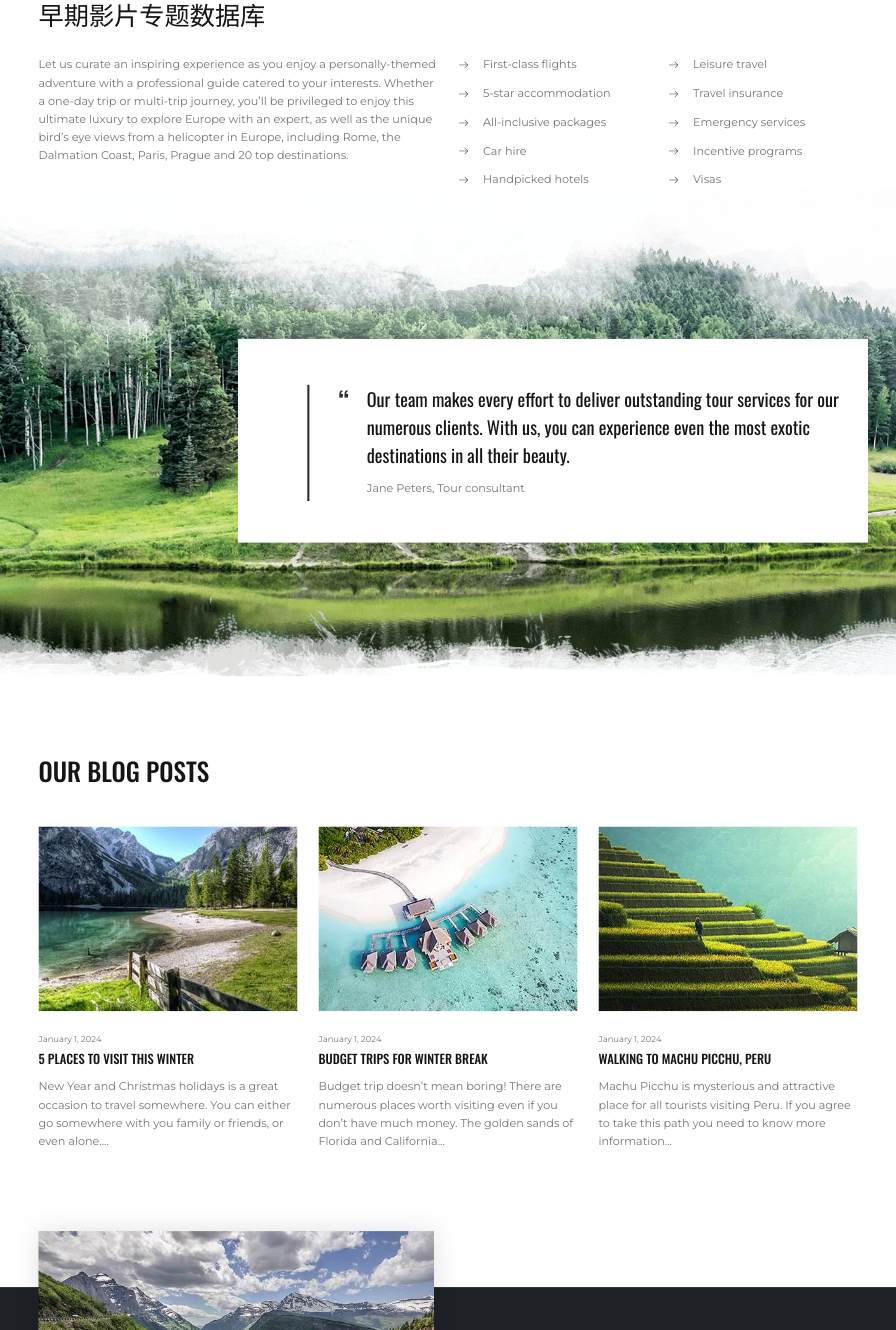
Repository: Jquarker/Modern-Film-Database
Page: index.html
An editor plug-in stored every save of this project. The page is shown before and after the next save, followed by the edit.
The browser window is 1280 px wide. The pictures show the part of the page from y = 3114 to 5014 px (the page is 5416 px tall), at 70% of full size.

Above is the page before, as saved 2025-02-21 11:31:05.

After the next save:
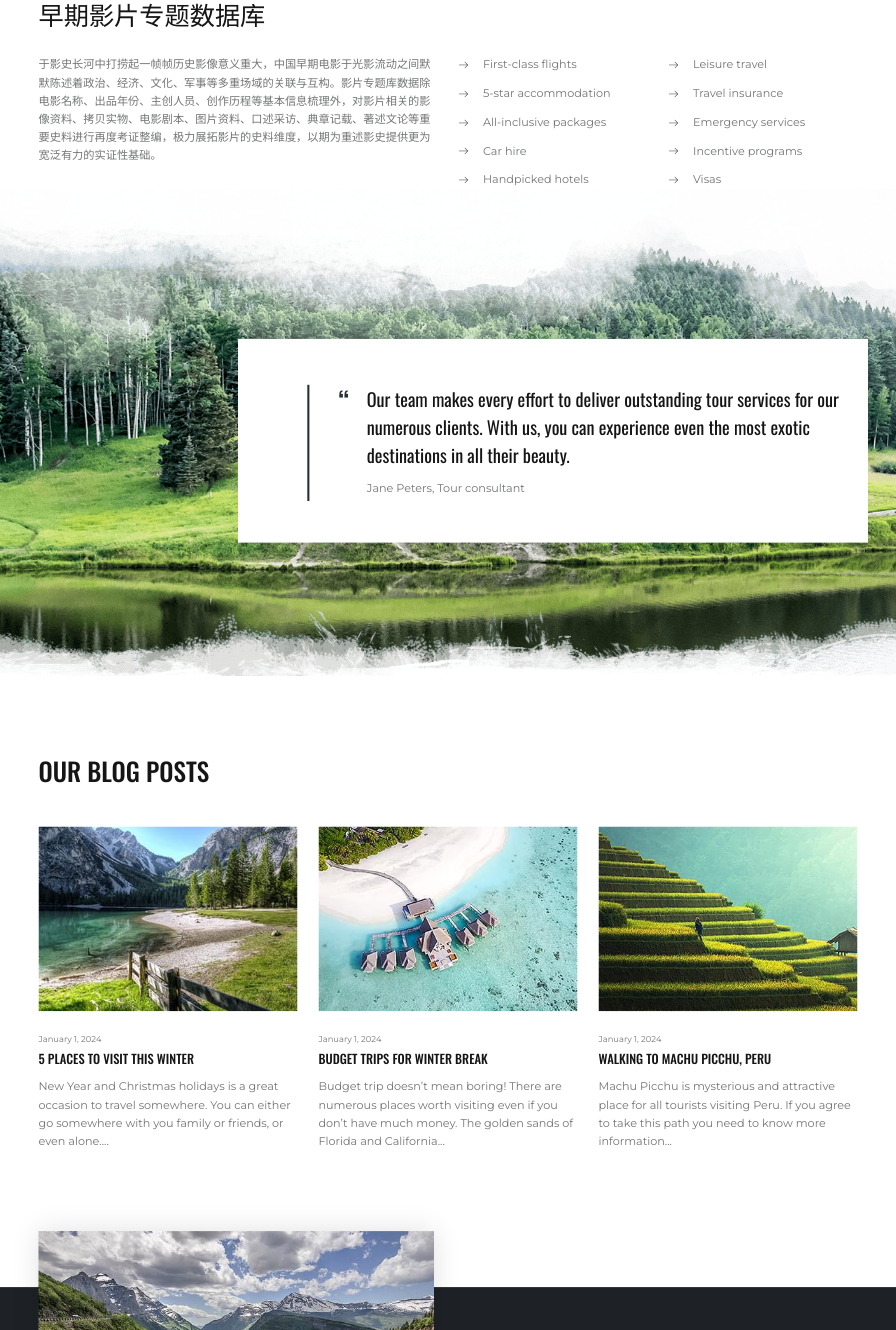
Saved 28 s later.
--- a/index.html
+++ b/index.html
@@ -247,7 +247,7 @@
           <h2>早期影片专题数据库</h2>
           <div class="row row-40 offset-lg">
             <div class="col-xl-6 wow fadeInLeft">
-              <p>Let us curate an inspiring experience as you enjoy a personally-themed adventure with a professional guide catered to your interests. Whether a one-day trip or multi-trip journey, you’ll be privileged to enjoy this ultimate luxury to explore Europe with an expert, as well as the unique bird’s eye views from a helicopter in Europe, including Rome, the Dalmation Coast, Paris, Prague and 20 top destinations.</p>
+              <p>于影史长河中打捞起一帧帧历史影像意义重大，中国早期电影于光影流动之间默默陈述着政治、经济、文化、军事等多重场域的关联与互构。影片专题库数据除电影名称、出品年份、主创人员、创作历程等基本信息梳理外，对影片相关的影像资料、拷贝实物、电影剧本、图片资料、口述采访、典章记载、著述文论等重要史料进行再度考证整编，极力展拓影片的史料维度，以期为重述影史提供更为宽泛有力的实证性基础。</p>
             </div>
             <div class="col-xl-3 col-sm-6 wow fadeInUp">
               <ul class="list-marked">
